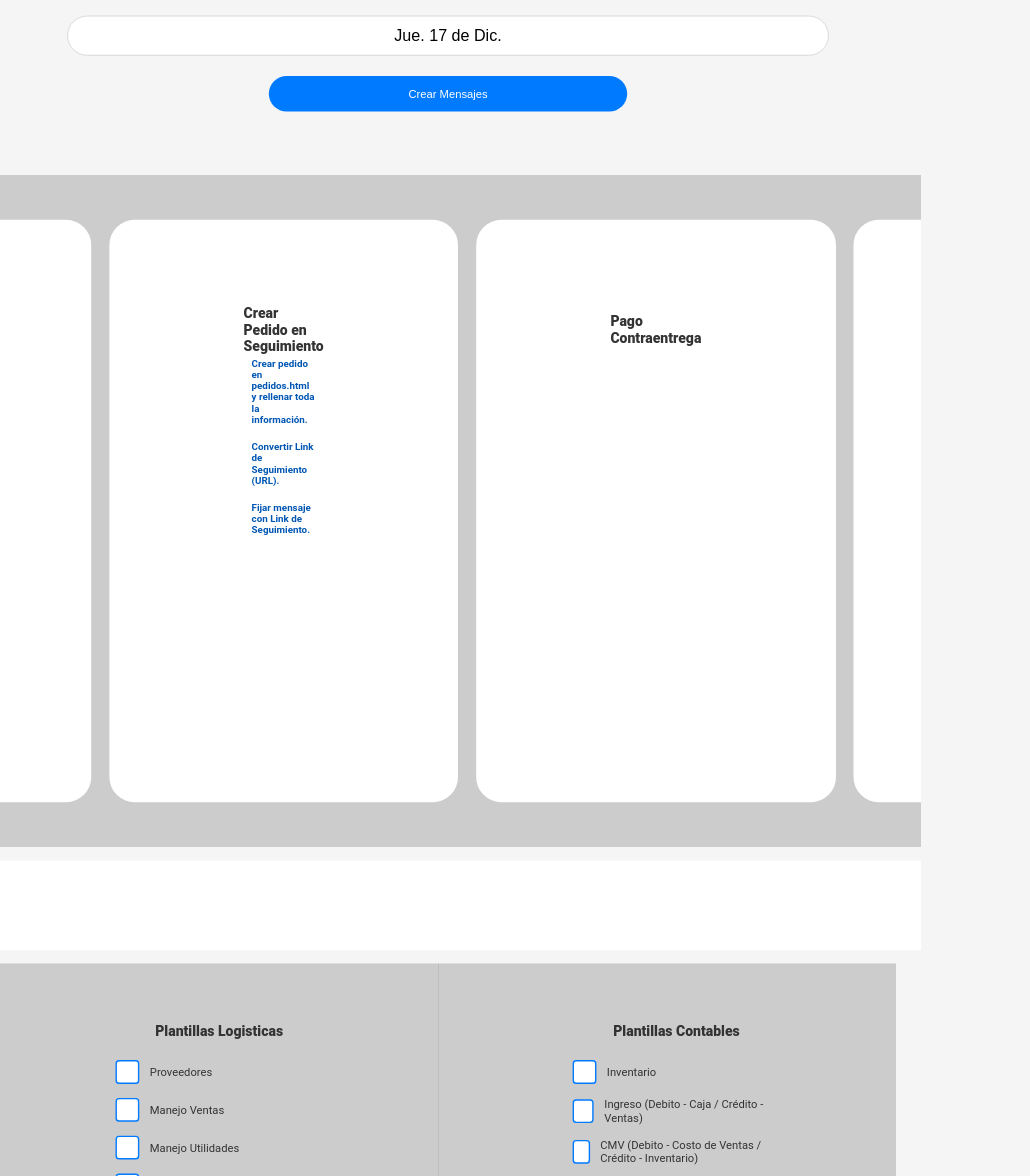
Repository: aCoupon0/intranet
Page: 1/venta-1.html
An editor plug-in stored every save of this project. The page is shown before and after the next save, followed by the edit.
The browser window is 1280 px wide. The page is 1316 px wide, then 1472 px, so the pictures cover 1472 px, including what lies to the right of the window. The pictures show the part of the page from y = 1069 to 2749 px (the page is 2899 px tall before and 3027 px after), at 70% of full size.

Above is the page before, as saved 2024-12-13 13:20:35.

### 1/venta-1.html
<!DOCTYPE html>
<html lang="es">

<head>
    <meta charset="UTF-8">
    <meta name="viewport" content="width=device-width, initial-scale=1.0">
    <title>Intranet DermaBox</title>
    <link rel="stylesheet" href="../css/venta.css">
</head>

<body>
    <h1>Formulario de Pedido</h1>

    <!-- Inputs para los productos -->
    <input type="text" id="input-limpiador" class="input-texto" placeholder="Limpiador" value="Limpiador Hidratante de CeraVe">
    <input type="text" id="input-hidratante" class="input-texto" placeholder="Hidratante" value="Tónico Centella Asiatica">
    <input type="text" id="input-bloqueador" class="input-texto" placeholder="Bloqueador" value="ISDIN Fusion Water Magic SPF 50">
    <input type="text" id="input-potenciador" class="input-texto" placeholder="Potenciador" value="Sérum Hialurónico 2% + B5 The Ordinary">

    <!-- Inputs para los datos del cliente -->
    <input type="text" id="input-nombre" class="input-texto" placeholder="Nombre" value="Gabriel Paris">
    <input type="text" id="input-celular" class="input-texto" placeholder="Celular" value="3104738570">
    <input type="text" id="input-ciudad" class="input-texto" placeholder="Ciudad" value="Bogota">
    <input type="text" id="input-direccion" class="input-texto" placeholder="Dirección" value="Calle 144 #13-84">

    <!-- Inputs para código, cobro y método -->
    <input type="text" id="input-codigo" class="input-texto" placeholder="Código" value="19045">
    <input type="text" id="input-cobro" class="input-texto" placeholder="Cobro" value="300.000">
    <input type="text" id="input-metodo" class="input-texto" placeholder="Método de Pago" value="c">
    <input type="text" id="input-fecha" class="input-texto" placeholder="Fecha de Llegada" value="Jue. 17 de Dic.">

    <!-- Botón para enviar -->
    <button id="boton-enviar" class="boton-enviar">Crear Mensajes</button>

    <div class="primera-fase">
        <div class="section-dual">
            <div class="section-dual-title">Mensaje de Confirmación</div>
            <div class="section-dual-1"></div>
            <div class="section-dual-2"></div>
        </div>
        <div class="section-dual">
            <div class="section-dual-title">Crear Pedido en Seguimiento</div>
            <div class="section-dual-instruction">Crear pedido en pedidos.html y rellenar toda la información.</div>
            <div class="section-dual-instruction">Convertir Link de Seguimiento (URL).</div>
            <div class="section-dual-instruction">Fijar mensaje con Link de Seguimiento.</div>
        </div>
        <div class="section-dual">
            <div class="section-dual-title">Pago Contraentrega</div>
            <div class="section-dual-3"></div>
        </div>
        <div class="section-dual">
            <div class="section-dual-title">Pago por Nequi</div>
            <div class="section-dual-4"></div>
            <div class="section-dual-5"></div>
        </div>

    </div>

    <div class="segunda-fase">

    </div>

    <div class="tercera-fase">
        <div class="tercera-fase-1">
            <p class="tercera-title">Plantillas Logisticas</p>
            <div class="instruccion-logistica">
                <div class="checkbox" onclick="toggleCheckbox(this)"></div>
                <div class="instruccion">Proveedores</div>
            </div>
            <div class="instruccion-logistica">
                <div class="checkbox" onclick="toggleCheckbox(this)"></div>
                <div class="instruccion">Manejo Ventas</div>
            </div>
            <div class="instruccion-logistica">
                <div class="checkbox" onclick="toggleCheckbox(this)"></div>
                <div class="instruccion">Manejo Utilidades</div>
            </div>
            <div class="instruccion-logistica">
                <div class="checkbox" onclick="toggleCheckbox(this)"></div>
                <div class="instruccion">Revisar Kanban</div>
            </div>
        </div>
        <div class="tercera-fase-2">
            <p class="tercera-title">Plantillas Contables</p>
            <div class="instruccion-logistica">
                <div class="checkbox" onclick="toggleCheckbox(this)"></div>
                <div class="instruccion">Inventario</div>
            </div>
            <div class="instruccion-logistica">
                <div class="checkbox" onclick="toggleCheckbox(this)"></div>
                <div class="instruccion">Ingreso (Debito - Caja  /  Crédito - Ventas)</div>
            </div>
            <div class="instruccion-logistica">
                <div class="checkbox" onclick="toggleCheckbox(this)"></div>
                <div class="instruccion">CMV (Debito - Costo de Ventas  /  Crédito - Inventario)</div>
            </div>
            <div class="instruccion-logistica">
                <div class="checkbox" onclick="toggleCheckbox(this)"></div>
                <div class="instruccion">Envíos (Debito - Gastos de Envío  /  Crédito - Caja)</div>
            </div>
            <div class="instruccion-logistica">
                <div class="checkbox" onclick="toggleCheckbox(this)"></div>
                <div class="instruccion">Libro Mayor</div>
            </div>
            <div class="instruccion-logistica">
                <div class="checkbox" onclick="toggleCheckbox(this)"></div>
                <div class="instruccion">Libro Diario</div>
            </div>
        </div>
    </div>

    <script src="../js/ventas-shared.js"></script>
</body>

</html>

### css/venta.css
body {
    font-family: 'Roboto', system-ui, -apple-system, BlinkMacSystemFont, 'Segoe UI', sans-serif;
    margin: 0;
    padding: 0;
    display: flex;
    justify-content: center;
    align-items: center;
    height: auto;
    flex-direction: column;
    background-color: #f5f5f5;
    color: #333;
    gap: 1.5vw;
    padding-top: 5vh;
    overflow-x: hidden;   /* Permitir scroll horizontal */
    overflow-y: auto;
}

input {
    width: 85vw; /* Ocupa el 80% del ancho del contenedor */
    height: 8vh; /* Altura dinámica según el viewport */
    padding: 5px;
    font-size: 23px;
    border: 1px solid #ccc;
    border-radius: 5vw;
    margin-bottom: 10px; /* Separación del botón */
    box-sizing: border-box;
    text-align: center;
}

.boton-enviar {
    width: 40%; /* Mismo ancho que el input */
    padding: 10px;
    height: 7vh; /* Misma altura que el input */
    font-size: 1rem;
    background-color: #007BFF;
    color: white;
    border: none;
    border-radius: 5vw;
    cursor: pointer;
    transition: background-color 0.3s;
    text-align: center;
}

.boton-enviar:hover {
    background-color: #0056b3;
}


.primera-fase {
    width: 100%;
    height: auto;
    padding: 5% 5vh 5% 5vh;
    display: flex;
    justify-content: center;
    align-content: center;
    background-color: #ccc;
    flex-direction: row;
    gap: 2%;
    margin-top: 10vh;
    overflow-x: auto;   /* Permitir scroll horizontal */
    overflow-y: hidden;
}

.section-dual {
    width: auto;
    height: 80vh;
    padding: 10% 15% 10% 15%;
    border-radius: 5vh;
    display: flex;
    flex-direction: column;
    background-color: #ffffff;
    justify-content: flex-start;
    align-items: center;
}

.section-dual-title {
    width: 100%;
    height: 10%;
    display: flex;
    justify-content: center;
    align-items: center;
    font-size: 20px;
    font-weight: 800;
}

.section-dual-instruction {
    width: 100%;
    height: auto;
    display: flex;
    justify-content: flex-start;
    align-items: center;
    font-size: 14px;
    font-weight: 600;
    padding: 10%;
    box-sizing: border-box;
    color: #0056b3;
}

.section-dual-1 {
    width: 100%;
    height: 65%;
    border-bottom: 1px solid rgba(128, 128, 128, 0.339);
    display: flex;
    justify-content: flex-start;
    align-items: center;
    text-align: left;
    box-sizing: border-box;
    font-size: 13px;
    font-weight: 400;
    padding: 5%;
}


.section-dual-2 {
    width: 100%;
    height: 25%;
    display: flex;
    justify-content: flex-start;
    align-items: center;
    text-align: left;
    box-sizing: border-box;
    font-size: 13px;
    font-weight: 400;
    padding: 5%;
}

.section-dual-3 {
    width: 100%;
    height: 75%;
    display: flex;
    justify-content: flex-start;
    align-items: center;
    text-align: left;
    flex-direction: column;
    box-sizing: border-box;
    font-size: 13px;
    font-weight: 400;
    padding: 5%;
}

.section-dual-4 {
    width: 100%;
    height: 25%;
    border-bottom: 1px solid rgba(128, 128, 128, 0.339);
    display: flex;
    justify-content: flex-start;
    align-items: center;
    text-align: left;
    box-sizing: border-box;
    font-size: 13px;
    font-weight: 400;
    padding: 5%;
}


.section-dual-5 {
    width: 100%;
    height: 65%;
    display: flex;
    justify-content: flex-start;
    align-items: center;
    text-align: left;
    box-sizing: border-box;
    font-size: 13px;
    font-weight: 400;
    padding: 5%;
    flex-direction: column;
}


.segunda-fase {
    width: 100%;
    height: auto;
    padding: 5% 5vh 5% 5vh;
    display: flex;
    justify-content: center;
    align-content: center;
    background-color: #ffffff;
    flex-direction: column;
}

.producto-item {
    display: flex;
    align-items: center;
    justify-content: center;
    width: 100%;
    height: auto;
    padding: 3% 10% 3% 10%;
    box-sizing: border-box;
}

.producto-checkbox {
    width: 50px; /* Tamaño de la checkbox */
    height: 50px; /* Tamaño de la checkbox */
    cursor: pointer; /* Cambia el cursor para indicar interactividad */
    display: flex;
    justify-content: center;
    align-items: center;
}

.producto-checkbox input[type="checkbox"] {
    width: 25px; /* Ancho del área del checkbox */
    height: 25px; /* Alto del área del checkbox */
    cursor: pointer; /* Cambia el cursor para indicar interactividad */
    accent-color: #007BFF; /* Cambia el color del checkbox (en navegadores compatibles) */
    margin-right: 10px; /* Espacio entre el checkbox y el texto */
}

.producto-item span {
    font-size: 18px; /* Tamaño del texto */
    line-height: 1.5; /* Espaciado para mejor lectura */
    font-weight: 800; /* Peso de la fuente para hacerla más visible */
    color: #333; /* Color del texto */
    font-size: 30px;
}




.tercera-fase {
    width: 100%;
    height: auto;
    display: flex;
    justify-content: center;
    align-content: center;
    flex-direction: row;
    background-color: #ccc;
    flex-direction: row;
    gap: 2%;
}


.tercera-fase-1 {
    width: 50%;
    height: 60vh;
    border-right: 1px solid rgb(184, 184, 184);
    display: flex;
    justify-content: flex-start;
    align-items: center;
    flex-direction: column;
    padding: 5% 10% 5% 10%;
    box-sizing: border-box;
    text-align: left;
}

.tercera-fase-2 {
    width: 50%;
    height: 60vh;
    display: flex;
    justify-content: flex-start;
    align-items: center;
    flex-direction: column;
    padding: 5% 10% 5% 10%;
    box-sizing: border-box;
    text-align: left;
}

.tercera-title {
    font-size: 20px;
    font-weight: 800;
}


.instruccion-logistica {
    display: flex; /* Alinea los elementos horizontalmente */
    align-items: center; /* Centra los elementos verticalmente */
    width: 80%; /* Ancho del contenedor */
    height: auto; /* Altura automática */
    margin: 10px 0; /* Espaciado vertical */
}

/* Checkbox personalizado */
.checkbox {
    width: 30px; /* Tamaño del checkbox */
    height: 30px;
    background-color: white; /* Color inicial (blanco) */
    border: 2px solid #007BFF; /* Borde azul */
    border-radius: 5px; /* Bordes redondeados */
    cursor: pointer; /* Cambia el cursor al pasar por encima */
    margin-right: 15px; /* Espaciado respecto al texto */
    transition: background-color 0.3s ease; /* Animación al cambiar el color */
}

/* Instrucción a la derecha */
.instruccion {
    font-size: 16px; /* Tamaño de fuente */
    color: #333; /* Color del texto */
}

### js/ventas-shared.js
document.getElementById("boton-enviar").addEventListener("click", () => {
    const nombre = document.getElementById("input-nombre").value.trim();
    const codigo = document.getElementById("input-codigo").value.trim();
    const limpiador = document.getElementById("input-limpiador").value.trim();
    const hidratante = document.getElementById("input-hidratante").value.trim();
    const bloqueador = document.getElementById("input-bloqueador").value.trim();
    const potenciador = document.getElementById("input-potenciador").value.trim();
    const ciudad = document.getElementById("input-ciudad").value.trim();
    const direccion = document.getElementById("input-direccion").value.trim();
    const cobro = document.getElementById("input-cobro").value.trim();

    // Construir el mensaje con saltos de línea en HTML
    let mensaje = `Hola *${nombre}*.<br><br>Gracias por tu compra en DermaBox. Tu pedido *#${codigo}* ha sido confirmado y está en preparación.<br><br>Por favor confirma los siguientes datos:<br><br>*Pedido*<br>`;

    if (limpiador) mensaje += ` - *${limpiador}*<br>`;
    if (hidratante) mensaje += ` - *${hidratante}*<br>`;
    if (bloqueador) mensaje += ` - *${bloqueador}*<br>`;
    if (potenciador) mensaje += ` - *${potenciador}*<br>`;
    if (cobro) mensaje += ` - *${cobro}*<br>`;

    mensaje += `<br>*Información del Cliente*<br>`;
    if (nombre) mensaje += ` - *${nombre}*<br>`;
    if (ciudad) mensaje += ` - *${ciudad}*<br>`;
    if (direccion) mensaje += ` - *${direccion}*<br>`;


    // Mostrar el mensaje en el div correspondiente
    const sectionDual1 = document.querySelector(".section-dual-1");
    sectionDual1.innerHTML = mensaje; // Asignar el HTML con saltos de línea


    // Construir el mensaje para section-dual-2
    const mensaje2 = `Para hacer el envío necesitamos los siguientes datos:<br><br> - Número de cédula<br> - Detalles de dirección (Casa, Conjunto, Edificio...)<br>`;

    // Mostrar el mensaje en section-dual-2
    const sectionDual2 = document.querySelector(".section-dual-2");
    sectionDual2.innerHTML = mensaje2;



    const metodoPago = document.querySelector("#input-metodo").value;
    const fechaLlegada = document.querySelector("#input-fecha").value; // Asegúrate de que esta variable obtenga el input correcto para la fecha.
    const linkSeguimiento = "https://tu-link-de-seguimiento.com"; // Proporciona aquí el link de seguimiento.

    if (metodoPago === "n") {
        // Rellenar section-dual-4
        const sectionDual4 = document.querySelector(".section-dual-4");
        sectionDual4.innerHTML = `
            Perfecto!<br>
            Indicaste que preferías el pago por Nequi, aquí tienes los datos para realizar el envío:
        `;

        // Rellenar section-dual-5
        const sectionDual5 = document.querySelector(".section-dual-5");
        sectionDual5.innerHTML = `
            Super!<br>
            Tu DermaBox está en camino y llegará aproximadamente el *${fechaLlegada}*. <br>
            Este es el link de tu cuenta en DermaBox <br>
            Aquí puedes revisar el estado de tu pedido, ver nuevamente cómo aplicar tu rutina, acceder al *Qué Hacer Hoy*, pedir productos que omitiste, ordenar una nueva DermaBox cuando se te acabe la actual y muchas más cosas.<br>
            Dicho esto, muchas gracias por confiar en nosotros. Estaremos atentos a cualquier pregunta que puedas tener.<br>
            Y no te olvides de seguir las precauciones recomendadas.<br>
            ¡Hasta Pronto!
        `;
    } else if (metodoPago === "c") {
        // Rellenar section-dual-5
        const sectionDual3 = document.querySelector(".section-dual-3");
        sectionDual3.innerHTML = `
            Super!<br>
            Tu DermaBox está en camino y llegará aproximadamente el *${fechaLlegada}*.<br>
            Recuerda tener el dinero preparado o dejarlo en casa si no estarás presente al momento de la entrega.<br>
            Este es el link de tu cuenta en DermaBox <br>
            Aquí puedes revisar nuevamente cómo aplicar tu rutina, acceder al *Qué Hacer Hoy*, pedir productos que omitiste, ordenar una nueva DermaBox cuando se te acabe la actual y muchas más cosas.<br>
            Dicho esto, muchas gracias por confiar en nosotros. Estaremos atentos a cualquier pregunta que puedas tener.<br>
            ¡Hasta Pronto!
        `;
    }





    const segundaFase = document.querySelector(".segunda-fase");
    segundaFase.innerHTML = ""; // Limpia el contenido existente antes de agregar la lista.

    // Inputs de los productos
    const productos = [
        { id: "input-limpiador", nombre: "Limpiador" },
        { id: "input-hidratante", nombre: "Hidratante" },
        { id: "input-bloqueador", nombre: "Bloqueador" },
        { id: "input-potenciador", nombre: "Potenciador" },
    ];

    // Crear una lista dinámica
    productos.forEach(producto => {
        const valor = document.querySelector(`#${producto.id}`).value.trim();

        if (valor) {
            // Crear un contenedor para cada item
            const itemContainer = document.createElement("div");
            itemContainer.className = "producto-item";
            itemContainer.style.display = "flex";
            itemContainer.style.alignItems = "center";
            itemContainer.style.marginBottom = "8px";

            // Crear la checkbox
            const checkbox = document.createElement("input");
            checkbox.type = "checkbox";
            checkbox.className = "producto-checkbox";
            checkbox.style.marginRight = "10px";

            // Crear el texto del producto
            const texto = document.createElement("span");
            texto.textContent = valor;

            // Agregar checkbox y texto al contenedor
            itemContainer.appendChild(checkbox);
            itemContainer.appendChild(texto);

            // Agregar el contenedor a la segunda-fase
            segundaFase.appendChild(itemContainer);
        }
    });
});



// Función para alternar el color del checkbox
function toggleCheckbox(element) {
    // Cambia el color del fondo según el estado actual
    if (element.style.backgroundColor === "rgb(0, 123, 255)") {
        element.style.backgroundColor = "white"; // Vuelve al color blanco
    } else {
        element.style.backgroundColor = "#007BFF"; // Cambia al azul
    }
}

After the next save:
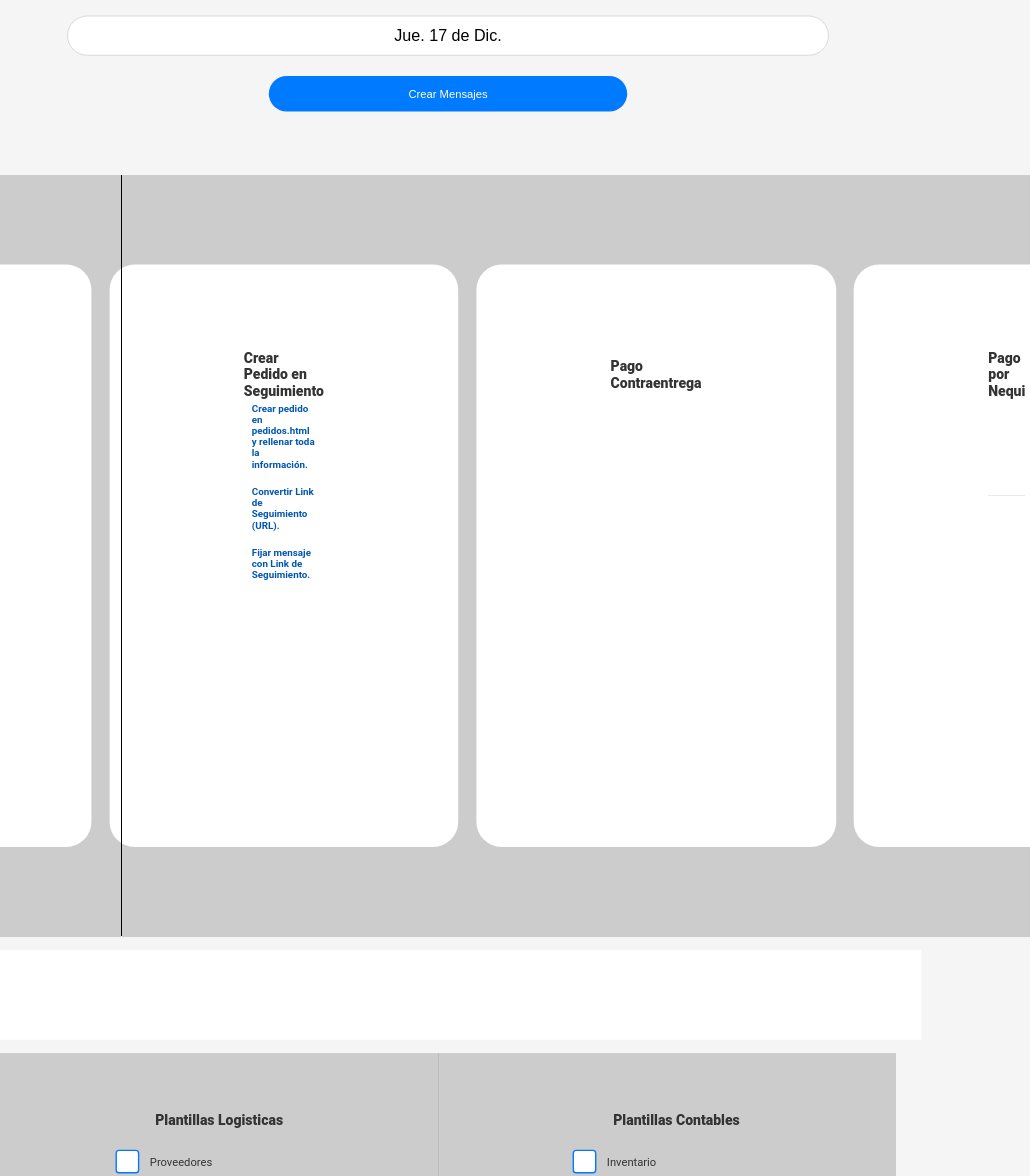
Saved 55 s later.
--- a/css/venta.css
+++ b/css/venta.css
@@ -49,7 +49,7 @@ input {
 .primera-fase {
     width: 100%;
     height: auto;
-    padding: 5% 5vh 5% 5vh;
+    padding: 10vw 15vw 10vw 15vw;
     display: flex;
     justify-content: center;
     align-content: center;
